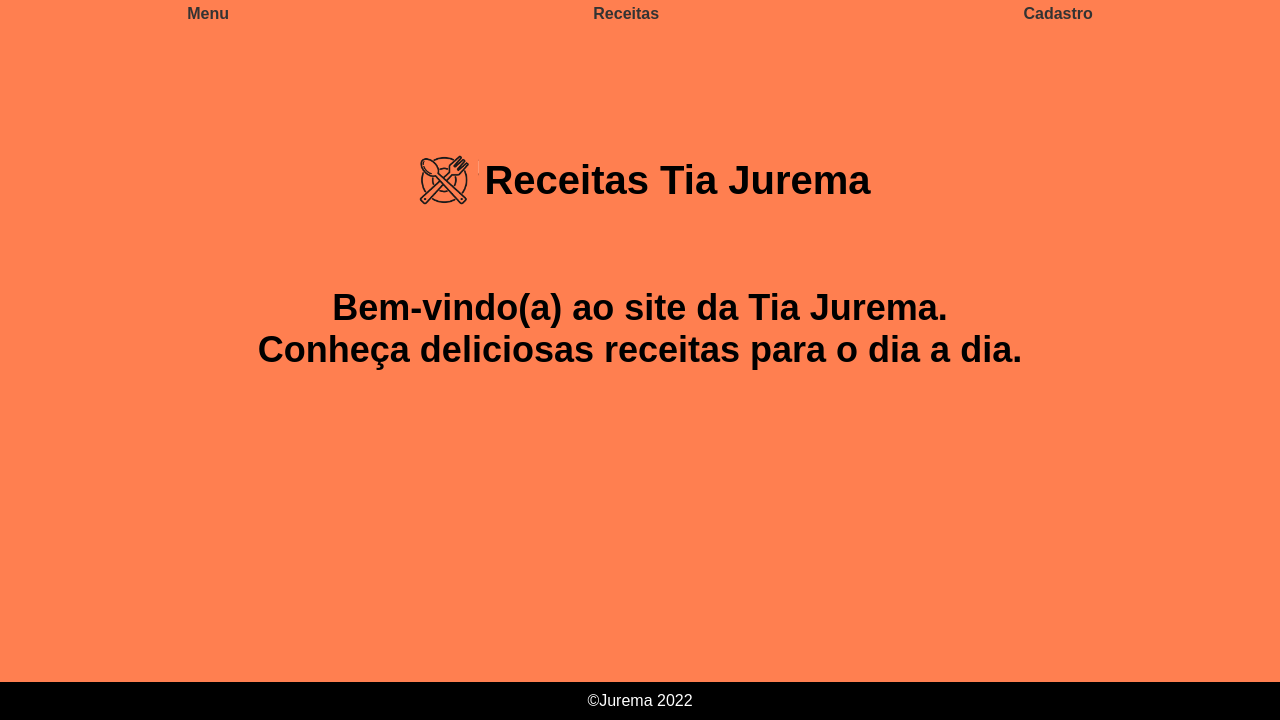
Repository: devropaes/RECEITAS
Page: OneDrive/Área de Trabalho/Estudos/Estácio/receitas/menu.html
These files come from the project's save history. The page is drawn as it stood at one moment and after the next save; the edit follows.
The browser window is 1280 px wide. The pictures show the whole page.
Some web libraries are served in a nearby version.

Above is the page before, as saved 2024-03-12 16:14:41.

### OneDrive/Área de Trabalho/Estudos/Estácio/receitas/menu.html
<!DOCTYPE html>
<html lang="pt-br" >
<head>
  <head>
    <meta charset="UTF-8">
    <meta http-equiv="X-UA-Compatible" content="IE=edge">
    <meta name="viewport" content="width=device-width, initial-scale=1.0">
    <script src="https://kit.fontawesome.com/a076d05399.js" crossorigin="anonymous"></script>
    <link rel="stylesheet" href="./menu.css">

    <title>Menu</title>

 </head>
<body>

  <ul class="navlist">
      <li><a href="home.html">Menu</a></li>
      <li><a href="receitas.html">Receitas</a></li>
      <LI><a href="cadastro.html">Cadastro</a></LI>
 </ul>

  <main class="content">
    <div class="logo-container">
        <img src="./assets/Foto3.png" class="logo">
              <a class = "receitas__tia__jurema"> <strong>Receitas Tia Jurema</strong> </a>
    </div>
          <div class="apresentacao">
              <h2>Bem-vindo(a) ao site da Tia Jurema.</h2>

              <h2>Conheça deliciosas receitas para o dia a dia.</h2>

          </div>

  </main>



      <footer class="rodape">
           <p>&copy;Jurema 2022 </p>
      </footer>
</body>
</html>

### OneDrive/Área de Trabalho/Estudos/Estácio/receitas/menu.css


:root {
    --cor-primaria: #ff7f50;
    --cor-secundaria: #333;
    --cor-terciaria: #000;
    --cor-hover: #fff;
    --font-primaria: "Arial, Helvetica", sans-serif;
    --font-secundaria: "Krona-One", sans-serif;
}

* {
    margin: 0;
    padding: 0;
    box-sizing: border-box;
}

body {
    background-color: var(--cor-primaria);
    font-family: var(--font-secundaria);
    font-size: 1em;
    font-weight: 400;
    text-align: center;
    margin-bottom: 10px;
    margin-top: 10px var(--cor-hover);



}

.navlist {
    list-style: none;
    padding: 5px;
    display: flex;
    justify-content: space-around;
    color: var(--cor-secundaria);
    font-size: 1rem;
    font-weight: 600;
    margin-bottom: 125px;
}

.navlist a {
    text-decoration: none;
    color: var(--cor-secundaria);
    font-size: 1rem;
    font-weight: 600;
    font-family: var(--font-primaria);

}
.logo-container {
    display: flex;
    align-items: center;
    margin-bottom: 50px;
}

.logo {
    width: 90px;
    margin-right: 30px;

}

.receitas__tia__jurema {
    width: 80px;
    font-size: 2.5em;
    margin-bottom: 50px;
    padding: 50px;
    display:contents;

}

.content {
    display: flex;
    flex-direction: column;
    align-items: center;
    justify-content: center;
    text-align: center;
    margin-bottom: 10px;


}

.apresentacao {
    font-size: 1.5em;
    text-align:inherit;
    padding: 30px;
    width: 80%; /* Ajuste conforme necessário */
    margin: auto;

}
.apresentação h2 {
    margin: bottom 30px;
    padding: 30px;
    text-align: center;
}

/* Adicione esta regra para alinhar o logo à esquerda da Receitas Tia Jurema */
.content {
    display: flex;
    align-items: center;
    margin-bottom: 20px;
}

.logo {
    width: 70px;
    margin-right: 5px; /* Ajuste conforme necessário */

}

.rodape {
    background-color: var(--cor-terciaria);
    color: var(--cor-hover);
    text-align: center;
    padding: 10px;
    position: fixed;
    border-bottom: var(--cor-hover);
    left: 0;
    bottom: 0%;
    width: 100%;
    max-width: 100%;

}

After the next save:
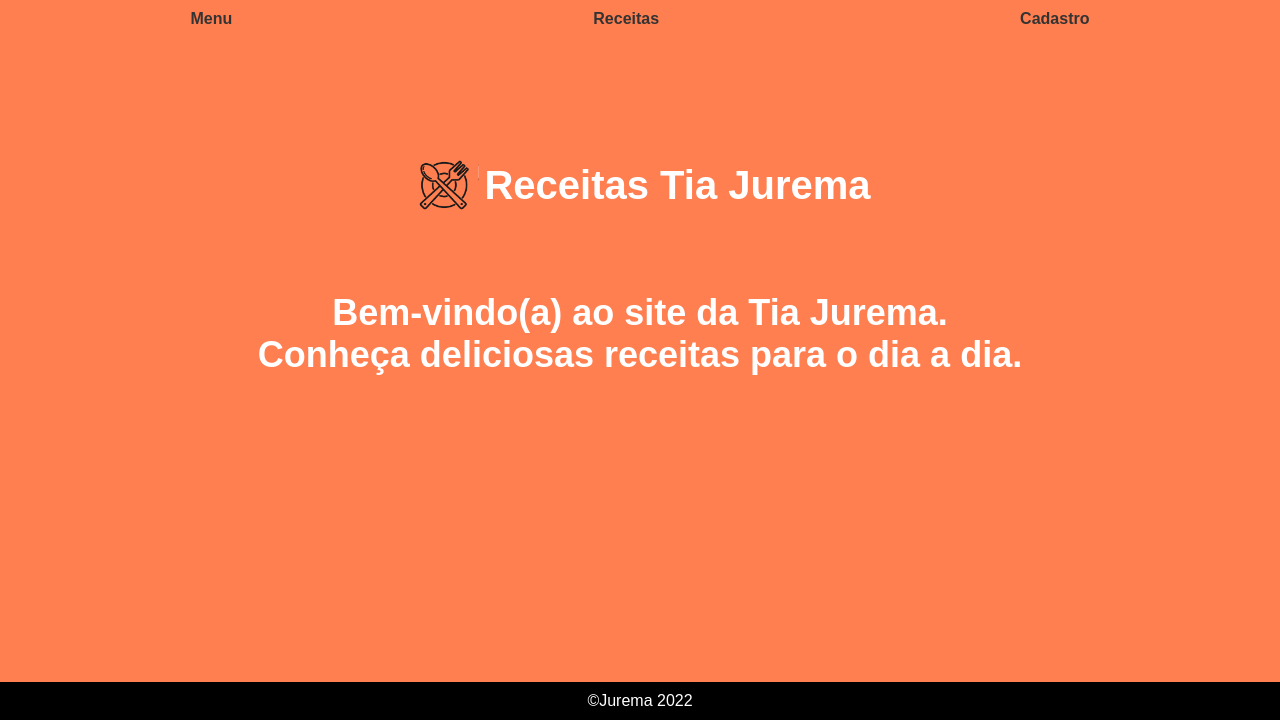
Saved 4 min 23 s later.
--- a/OneDrive/Área de Trabalho/Estudos/Estácio/receitas/menu.css
+++ b/OneDrive/Área de Trabalho/Estudos/Estácio/receitas/menu.css
@@ -21,8 +21,8 @@ body {
     font-size: 1em;
     font-weight: 400;
     text-align: center;
-    margin-bottom: 10px;
-    margin-top: 10px var(--cor-hover);
+    margin: 5px;
+    color: var(--cor-hover);
 
 
 
